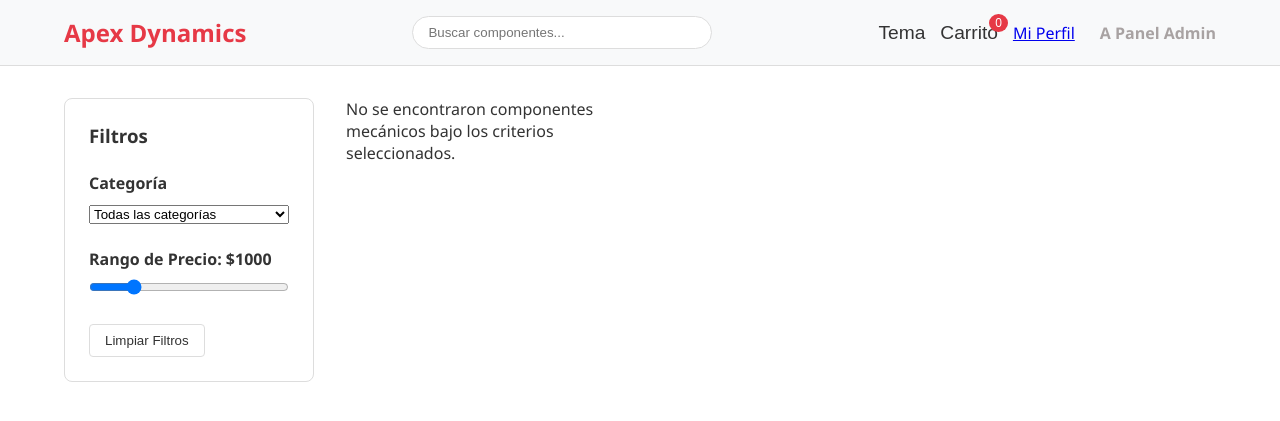
Repository: Niwrad774/Apex-Dynamics-Ecomerce
Page: html/cliente.html
An editor plug-in stored every save of this project. The page is shown before and after a run of saves, followed by the edit.
The browser window is 1280 px wide. The pictures show the whole page.
The page's requests for data from a server got no answer.

Above is the page before, as saved 2026-06-11 10:17:53.

After the next 2 saves:
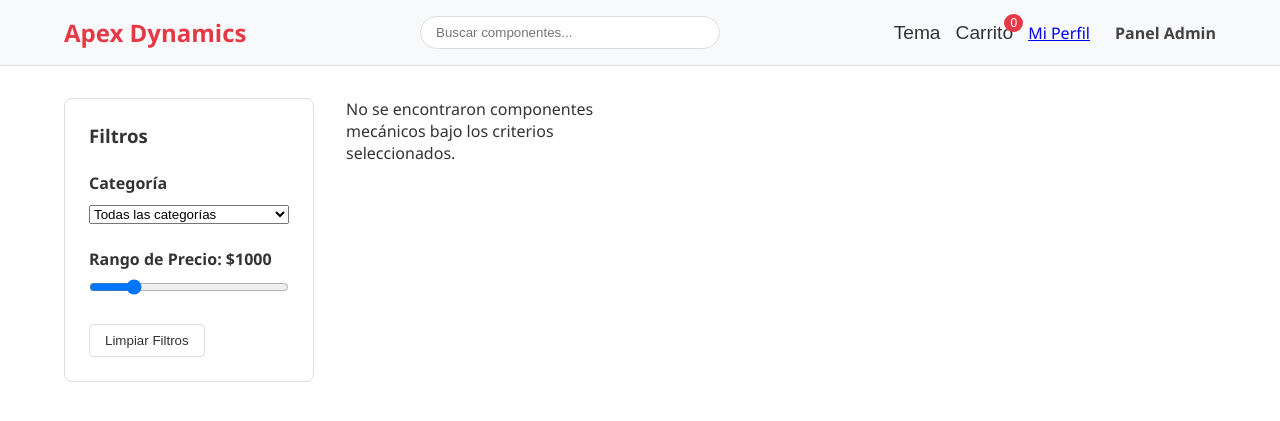
The 2 saves are shown as one change because they came seconds apart.
The last was saved 15 s later.
--- a/html/cliente.html
+++ b/html/cliente.html
@@ -16,7 +16,7 @@
             <button id="theme-toggle" class="btn-icon">Tema</button>
             <button id="cart-toggle" class="btn-icon"><span id="cart-count">0</span>Carrito</button>
             <a href="#perfil" class="profile-link">Mi Perfil</a>
-            <a href="admin.html" class="admin-link" style="margin-left: 10px; color: #a8a2a2; font-weight: bold; text-decoration: none;">A Panel Admin</a>
+            <a href="admin.html" class="admin-link" style="margin-left: 10px; color: #444141; font-weight: bold; text-decoration: none;">Panel Admin</a>
         </nav>
     </header>
 
